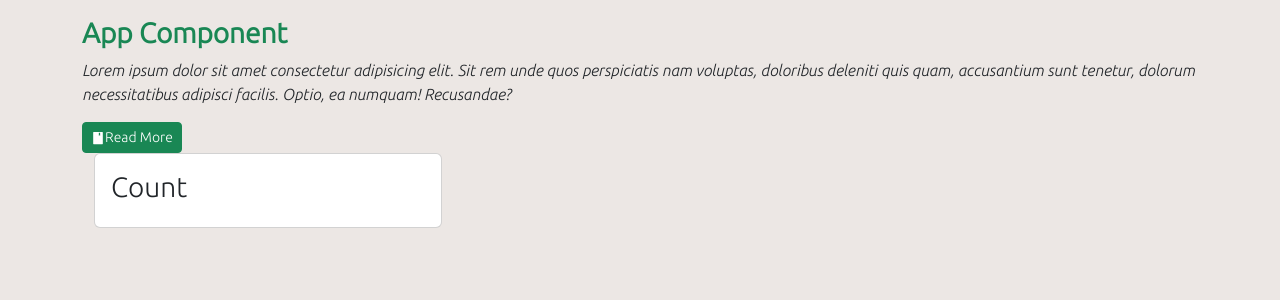
Repository: OmniaRafat232111121/employee_List
Page: /
An editor plug-in stored every save of this project. The page is shown before and after a run of saves, followed by the edit.
The browser window is 1280 px wide. The pictures show the whole page.
The project was rebuilt for these pictures with package versions that can differ from the ones it lists, and the page was loaded fresh each time.

Above is the page before, as saved 2022-09-09 12:40:26.

After the next 25 saves:
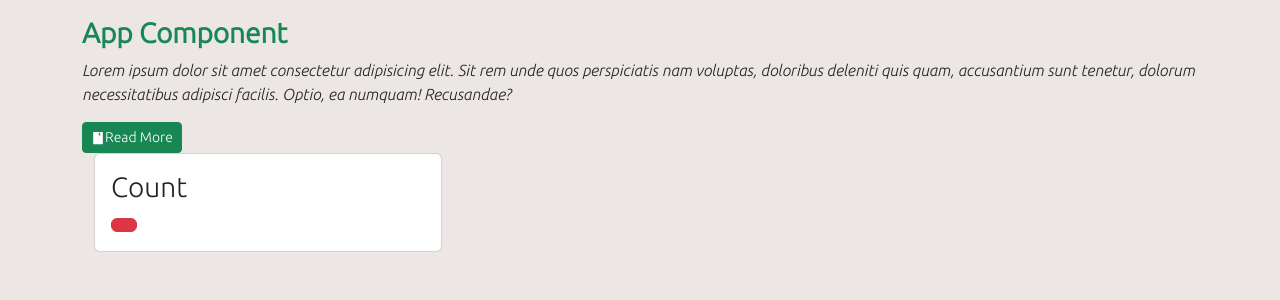
The 25 saves are shown as one change because they came seconds apart.
The last was saved 37 s later.
--- a/src/components/Counter.tsx
+++ b/src/components/Counter.tsx
@@ -15,6 +15,7 @@ const Counter: React.FC<ICounterProps> = (props) => {
                 <div className="card">
                     <div className="card-body">
                         <p className="h3">Count</p>
+                        <button className='btn btn-danger'></button>
                       </div>
                 </div>
             </div>
